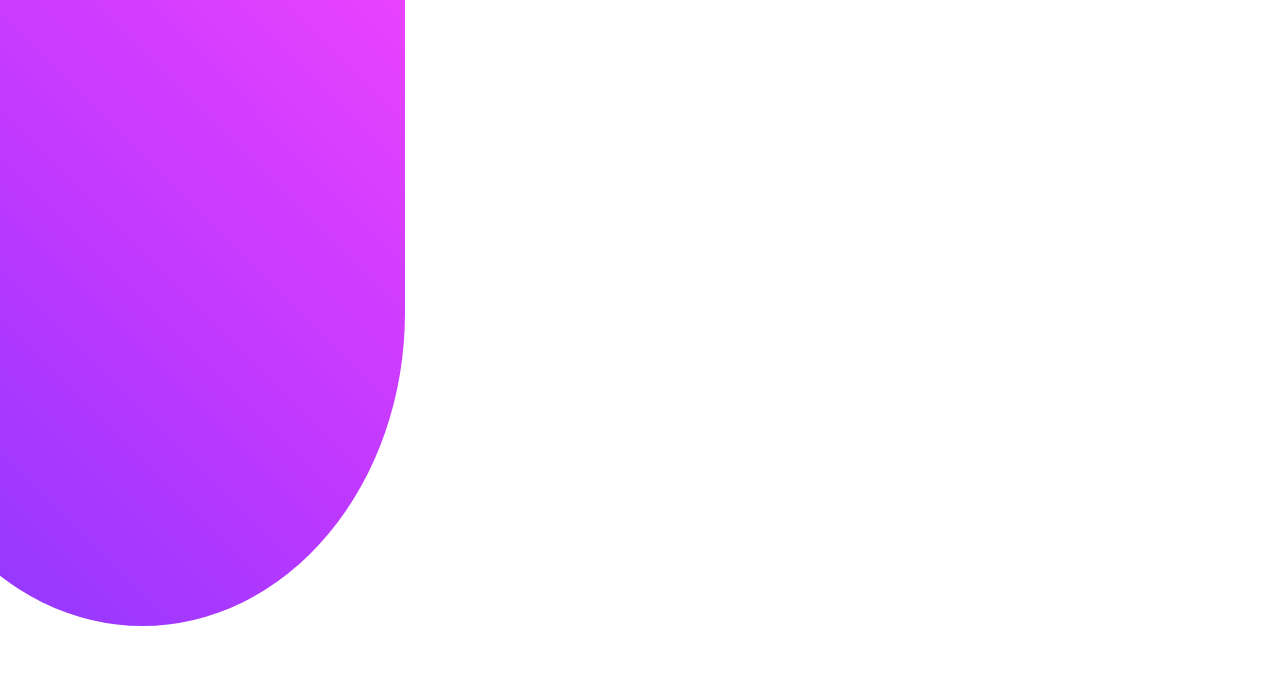
Repository: KamoliddinGIT/chat-app-css-illustration
Page: index.html
These files come from the project's save history. The page is drawn as it stood at one moment and after the next save; the edit follows.
The browser window is 1280 px wide. The pictures show the whole page.

Above is the page before, as saved 2023-09-25 16:26:55.

### index.html
<!DOCTYPE html>
<html lang="en">
  <head>
    <meta charset="UTF-8" />
    <meta http-equiv="X-UA-Compatible" content="IE=edge" />
    <link
      rel="icon"
      type="image/png"
      sizes="32x32"
      href="./images/favicon-32x32.png"
    />
    <meta name="viewport" content="width=device-width, initial-scale=1.0" />
    <link rel="stylesheet" href="./css/style.css" />
    <title>Chat App CSS Illustration</title>
  </head>
  <body>
    <div class="container">
      <div class="bg"></div>
      <div class="card"></div>
    </div>
  </body>
</html>

### css/style.css
* {
  margin: 0;
  padding: 0;
  box-sizing: border-box;
}

.container {
  width: 100%;
  height: 100vh;
  display: flex;
  justify-content: center;
  align-items: center;
  background-color: white;
}

.bg {
  width: 525px;
  height: 87%;
  left: -120px;
  top: 0;
  position: absolute;
  background-image: linear-gradient(
    45deg,
    hsl(264deg 100% 61%) 0%,
    hsl(280deg 100% 61%) 50%,
    hsl(293deg 100% 63%) 100%
  );
  border-radius: 0 0 50% 50%;
}

After the next save:
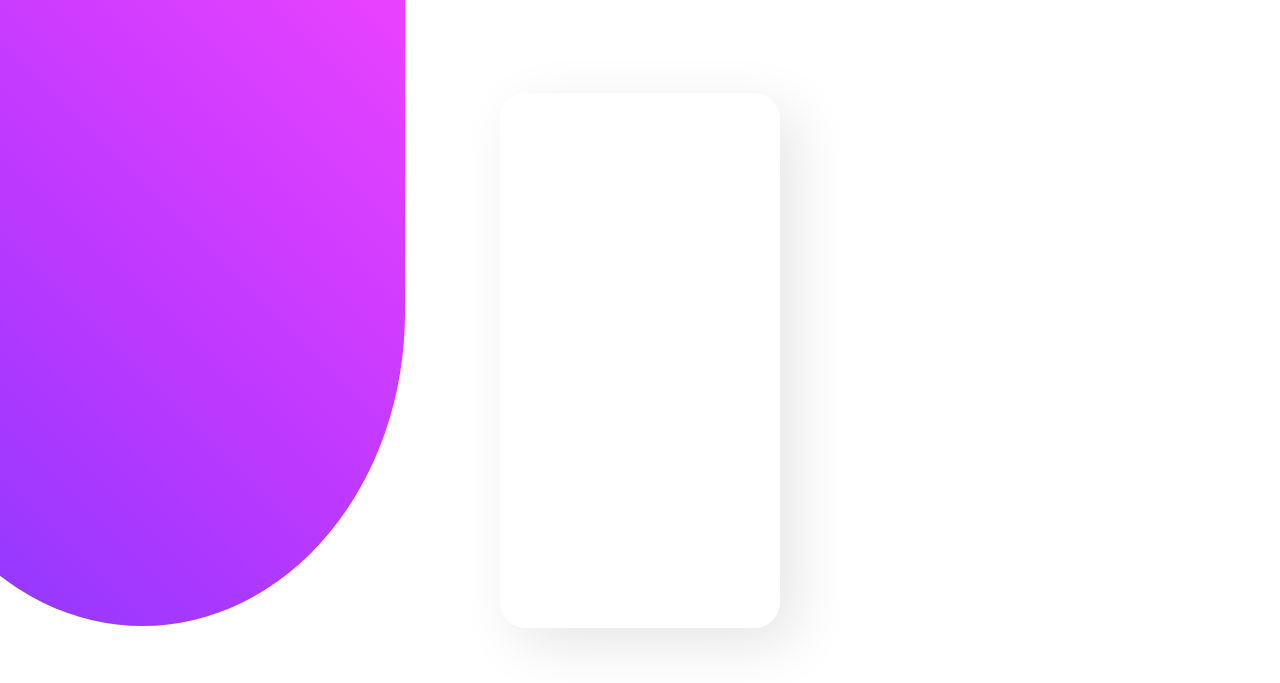
Saved 6 min 28 s later.
--- a/css/style.css
+++ b/css/style.css
@@ -27,3 +27,13 @@
   );
   border-radius: 0 0 50% 50%;
 }
+
+.card {
+  width: 280px;
+  height: 535px;
+  border-radius: 1.6rem;
+  background-color: var(--LightGrayishViolet);
+  border: 10px solid var(--White);
+  box-shadow: 1rem 1rem 3.5rem rgba(0, 0, 0, 0.1);
+  overflow: hidden;
+}
